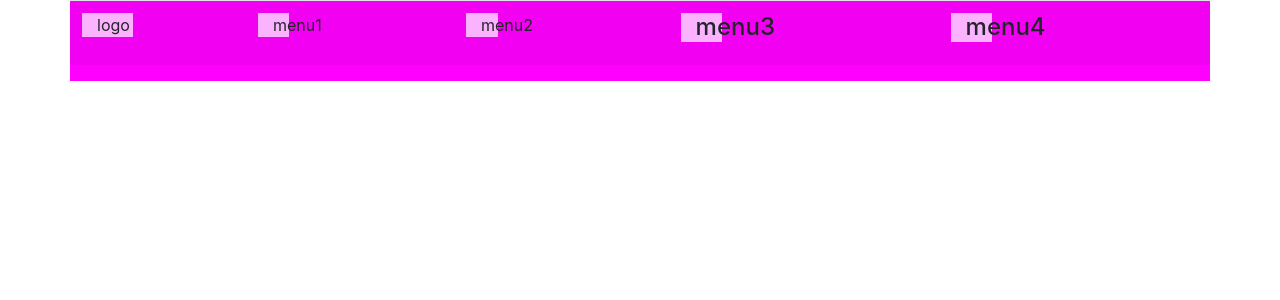
Repository: HayatoTakaha/bookers2-debug
Page: bootstrap_practice/index.html
The author's editor kept a record of every edit. The page is drawn from the files as they stood at one moment, then again after the next edit.
The browser window is 1280 px wide. The pictures show the whole page.

Above is the page before.

### bootstrap_practice/index.html
<!DOCTYPE html>
<html lang="ja">
  <head>
    <meta charset="utf8" />
    <title>23章演習</title>
    <link rel="stylesheet" href="https://cdn.jsdelivr.net/npm/bootstrap@4.6.2/dist/css/bootstrap.min.css"
    integrity="sha384-xOolHFLEh07PJGoPkLv1IbcEPTNtaed2xpHsD9ESMhqIYd0nLMwNLD69Npy4HI+N" crossorigin="anonymous">
    <link rel="stylesheet" href="style.css" />
  </head>

  <body>

   <div class="container">
       <div class="row" style="background-color: #ff00ff;" >
        <table class="table table-striped">
        <td>
         <div class="col-lg-4" style="background-color: #fbb3ff ;">
         <p>logo</p>
         </div>
        </td>
        <td>
        <div class="col-lg-2" style="background-color: #fbb3ff ;">
          <p>menu1</p>
        </div>
        </td>
        <td>
        <div class="col-lg-2" style="background-color: #fbb3ff ;">
          <p>menu2</p>
        </div>
        </td>
        <td>
        <div class="col-lg-2" style="background-color: #fbb3ff ;">
          <h4>menu3</h4>
        </div>
        </td>
        <td>
        <div class="col-lg-2" style="background-color: #fbb3ff ;">
          <h4>menu4</h4>
        </div>
        </td>
      </table>
     </div>
     </div>
  </body>

</html>

### bootstrap_practice/style.css
* {
  margin: 0;
  padding: 0;
  box-sizing: border-box;
}

.selector-for-some-widget {
  box-sizing: content-box;
}

After the next edit:
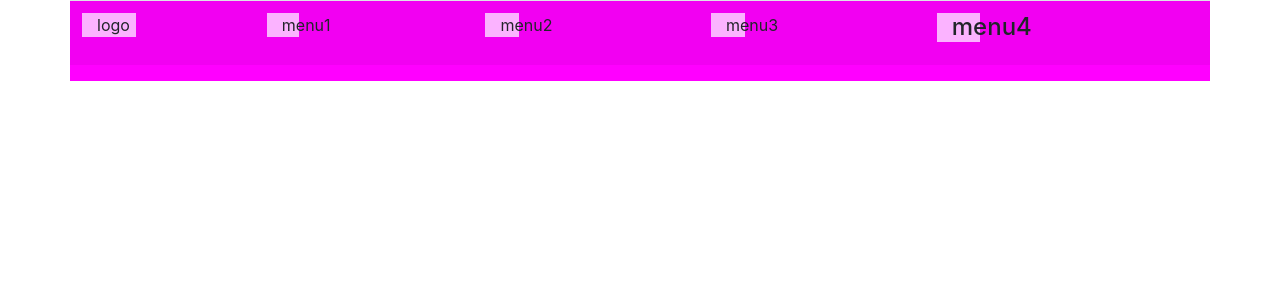
The edit:
--- a/bootstrap_practice/index.html
+++ b/bootstrap_practice/index.html
@@ -30,7 +30,7 @@
         </td>
         <td>
         <div class="col-lg-2" style="background-color: #fbb3ff ;">
-          <h4>menu3</h4>
+          <p>menu3</p>
         </div>
         </td>
         <td>
